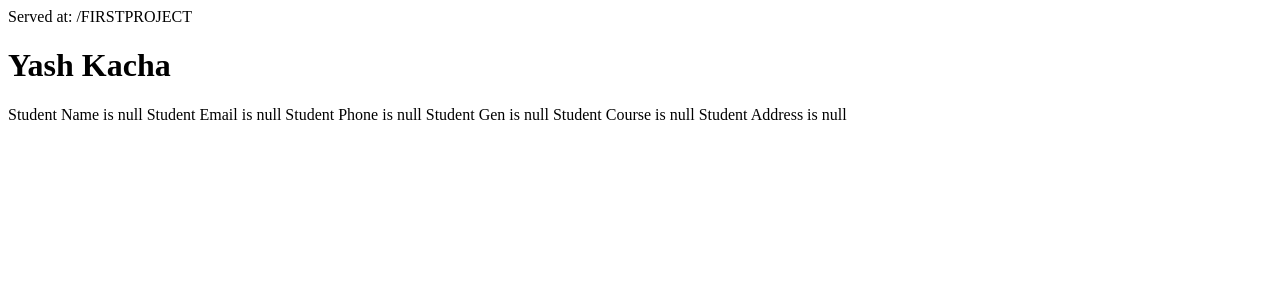
Repository: YashKachaRK/JAVA_CODE_SEM_6
Page: http://localhost/FIRSTPROJECT/Hello
These files come from the project's save history. The page is drawn as it stood at one moment and after the next save; the edit follows.
The browser window is 1280 px wide. The pictures show the whole page.
The page is served by Tomcat 10.

Above is the page before, as saved 2025-12-19 05:30:34.

### FIRSTPROJECT/src/main/java/first/Hello.java
package first;

import jakarta.servlet.ServletException;
import jakarta.servlet.annotation.WebServlet;
import jakarta.servlet.http.HttpServlet;
import jakarta.servlet.http.HttpServletRequest;
import jakarta.servlet.http.HttpServletResponse;
import java.io.IOException;
import java.io.PrintWriter;

/**
 * Servlet implementation class Hello
 */
@WebServlet("/Hello")
public class Hello extends HttpServlet {
	private static final long serialVersionUID = 1L;

    /**
     * @see HttpServlet#HttpServlet()
     */
    public Hello() {
        super();
        // TODO Auto-generated constructor stub
    }

	/**
	 * @see HttpServlet#doGet(HttpServletRequest request, HttpServletResponse response)
	 */
	protected void doGet(HttpServletRequest request, HttpServletResponse response) throws ServletException, IOException {
		// TODO Auto-generated method stub
		response.getWriter().append("Served at: ").append(request.getContextPath());
		response.setContentType("text/html");  // first line when make new project
		PrintWriter out = response.getWriter();
		out.println("<html><body>");

		out.println("<h1>Yash Kacha</h1>");
		out.println("</body></html>");

		String s1 = request.getParameter("sname");
		String s2 = request.getParameter("semail");
		String s3 = request.getParameter("sphone");
		String s4 = request.getParameter("sgen");
		String s5 = request.getParameter("scourse");
		String s6 = request.getParameter("saddress");

		out.print("Student Name is "+s1+"\n");
		out.println("Student Email is "+s2+"\n");
		out.println("Student Phone is "+s3+"\n");
		out.println("Student Gen is "+s4+"\n");
		out.println("Student Course is "+s5+"\n");
		out.println("Student Address is "+s6+"\n");

	}

	/**
	 * @see HttpServlet#doPost(HttpServletRequest request, HttpServletResponse response)
	 */
//	protected void doPost(HttpServletRequest request, HttpServletResponse response) throws ServletException, IOException {
//		// TODO Auto-generated method stub
//		doGet(request, response);
//	}

}

After the next save:
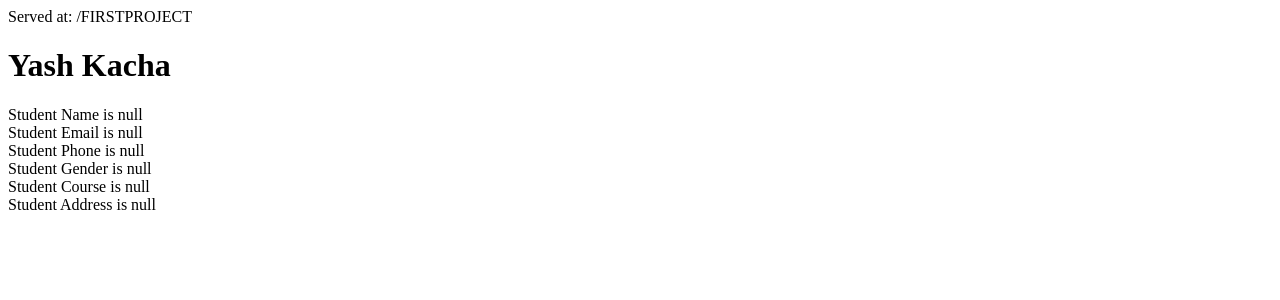
Saved 38 s later.
--- a/FIRSTPROJECT/src/main/java/first/Hello.java
+++ b/FIRSTPROJECT/src/main/java/first/Hello.java
@@ -43,12 +43,12 @@ public class Hello extends HttpServlet {
 		String s5 = request.getParameter("scourse");
 		String s6 = request.getParameter("saddress");
 
-		out.print("Student Name is "+s1+"\n");
-		out.println("Student Email is "+s2+"\n");
-		out.println("Student Phone is "+s3+"\n");
-		out.println("Student Gen is "+s4+"\n");
-		out.println("Student Course is "+s5+"\n");
-		out.println("Student Address is "+s6+"\n");
+		out.print("Student Name is " + s1 + "<br>");
+		out.print("Student Email is " + s2 + "<br>");
+		out.print("Student Phone is " + s3 + "<br>");
+		out.print("Student Gender is " + s4 + "<br>");
+		out.print("Student Course is " + s5 + "<br>");
+		out.print("Student Address is " + s6 + "<br>");
 
 	}
 
